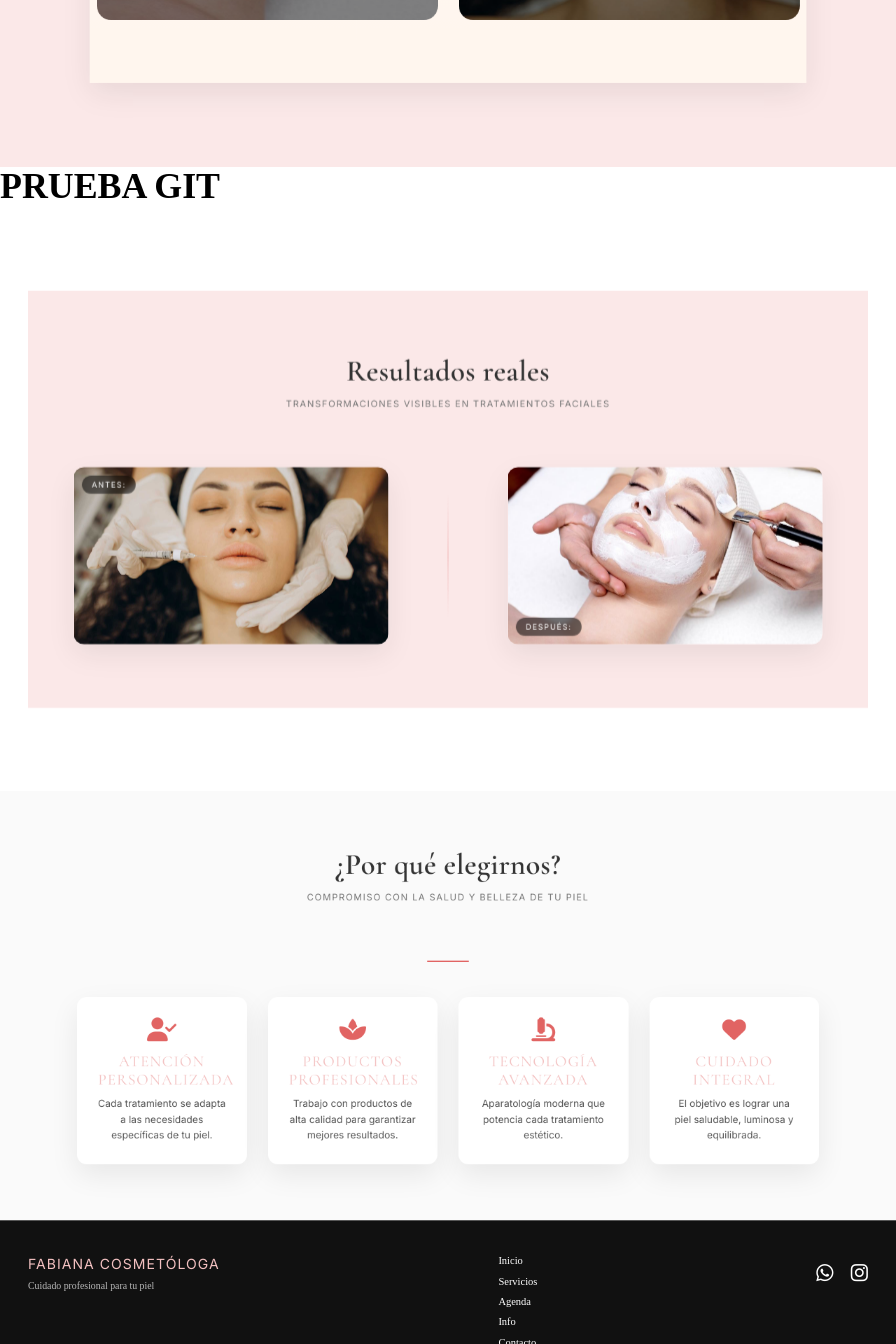
Repository: thiagobal1891-sudo/paginaweb
Page: pages/servicios.html
The author's editor kept a copy of each file at every save. The page is drawn from the files as they stood at one save, then again after the next save.
The browser window is 1280 px wide. The pictures show the part of the page from y = 1076 to 2996 px (the page is 3114 px tall before and 3058 px after), at 70% of full size.
Some web fonts or font styles are not loaded; a fallback is used.

Above is the page before, as saved 2026-03-17 12:13:36.
Console error: ReferenceError: emailjs is not defined

After the next save:
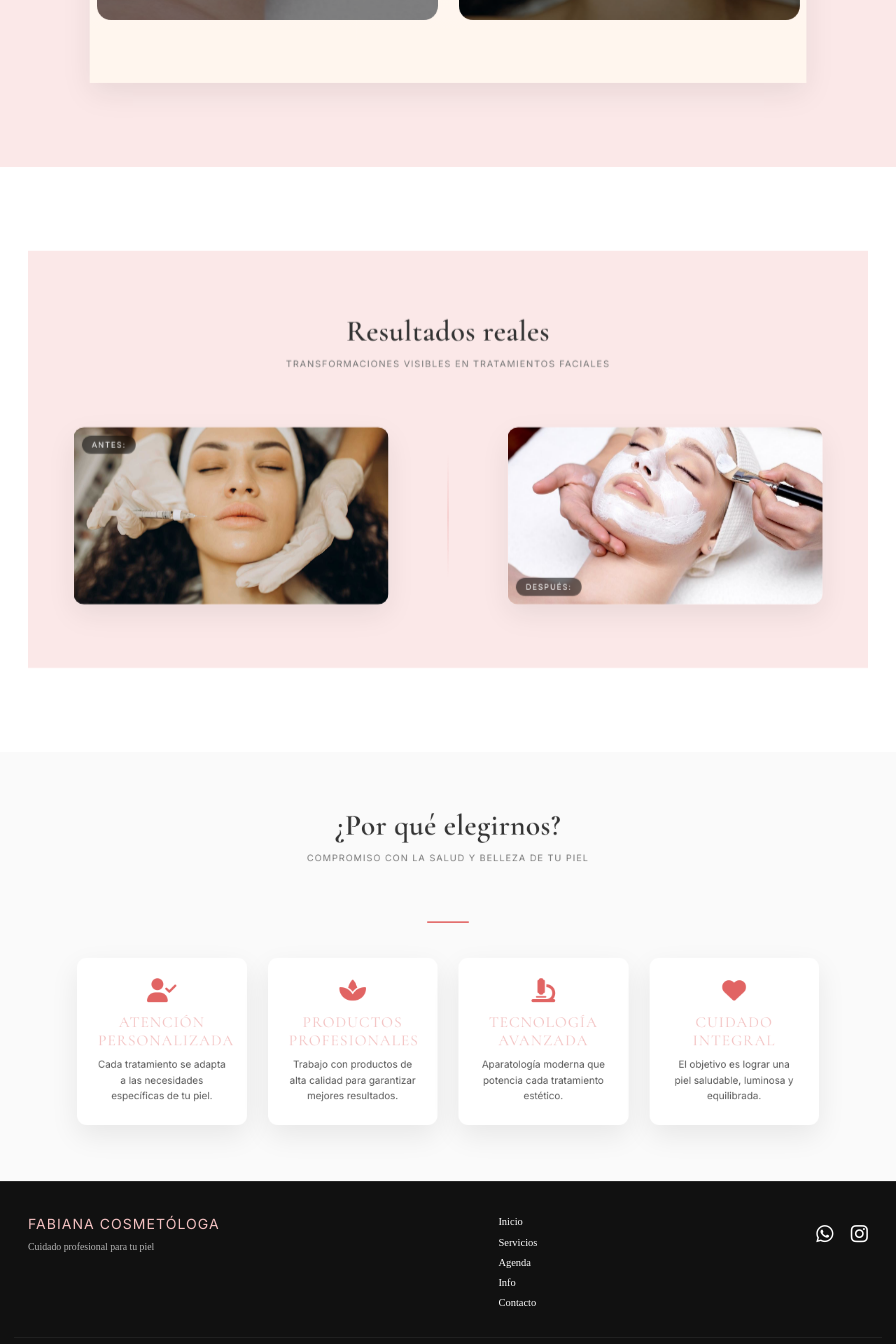
Saved 3 min 19 s later.
--- a/pages/servicios.html
+++ b/pages/servicios.html
@@ -1,3 +1,4 @@
+
 <!DOCTYPE html>
 <html lang="es">
 
@@ -148,7 +149,7 @@
     </div>
   </div>
   </section>
-<h1>PRUEBA GIT</h1>
+
     <section id="infocosmet" class="appear">
     <div class="carousel_infocosmet">
 <div class="section-title no-line">
@@ -320,4 +321,3 @@
 <i class="fa-brands fa-whatsapp"></i>
 </a>
 </body>
-</html>
